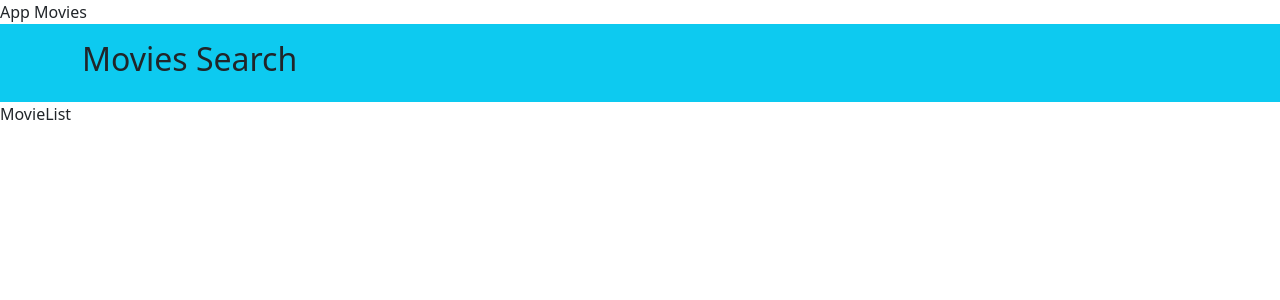
Repository: saargold/reactTest
Page: /movies
An editor plug-in stored every save of this project. The page is shown before and after the next save, followed by the edit.
The browser window is 1280 px wide. The pictures show the whole page.
The project was rebuilt for these pictures with package versions that can differ from the ones it lists, and the page was loaded fresh each time. Also part of the build but not shown: src/App.css, src/api/Apicomp.js.

Above is the page before, as saved 2022-09-07 12:45:16.

After the next save:
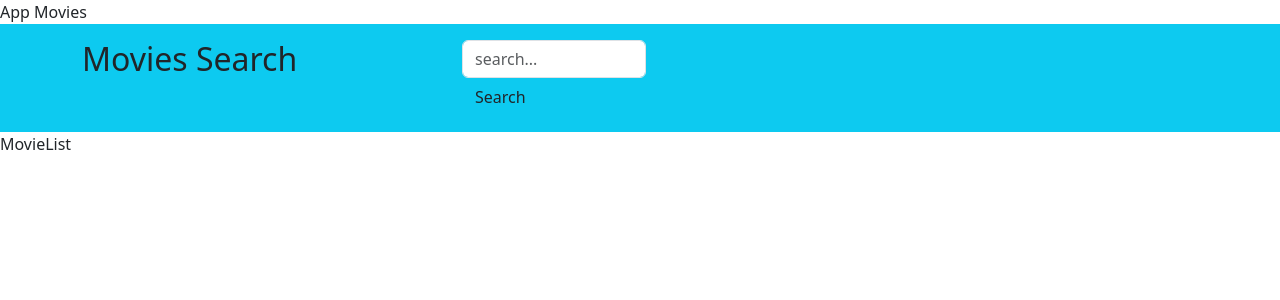
Saved 108 s later.
--- a/src/input/MoviesInput.js
+++ b/src/input/MoviesInput.js
@@ -8,6 +8,10 @@ export const MoviesInput = (props) => {
         <div className='col-lg-4'>
             <h2>Movies Search</h2>
         </div>
+        <div className='col-lg-8'>
+            <input placeholder='search...' type="search" className='form-control w-25'/>
+            <button className='btn btn-date'>Search</button>
+        </div>
     </div>
 
     </div>
